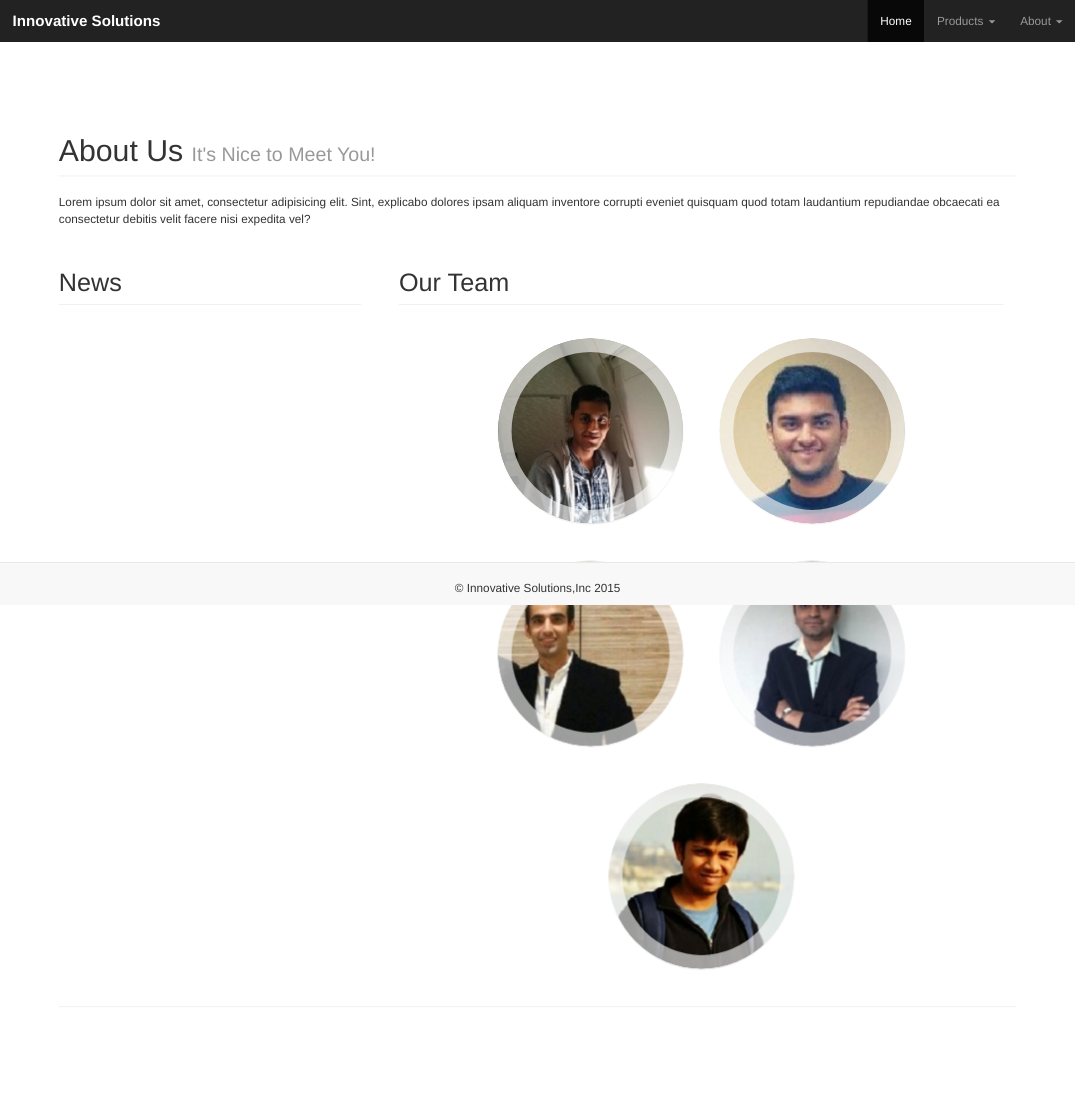
Repository: snketdesai/CMPE-280
Page: team.html
The author's editor kept a record of every edit. The page is drawn from the files as they stood at one moment, then again after the next edit.
The browser window is 1280 px wide. The pictures show the whole page, at 84% of full size.
Some web libraries are served in a nearby version.

Above is the page before.

### team.html
<!DOCTYPE html>
<html>
        <head>
                <title>Home</title>
                <meta name="viewport" content="width=device-width, initial-scale=1.0">
                <link href = "../css/bootstrap.min.css" rel = "stylesheet">
                <link href="../css/dashboard.css" rel="stylesheet">
				 <link href="../css/sticky-footer-navbar.css" rel="stylesheet">
               <link rel="stylesheet" type="text/css" href="../css/overlay.css" />


        </head>
        <body>

                <header class = "navbar navbar-inverse navbar-fixed-top">
                        <div class = "container-fluid">


                                <a href = "#" class = "navbar-brand"><strong>Innovative Solutions</strong></a>

                                <button class = "navbar-toggle" data-toggle = "collapse" data-target = ".navHeaderCollapse">
                                        <span class = "icon-bar"></span>
                                        <span class = "icon-bar"></span>
                                        <span class = "icon-bar"></span>
                                </button>

                                <div class = "collapse navbar-collapse navHeaderCollapse">

                                        <ul class = "nav navbar-nav navbar-right">

                                                <li class = "active"><a href = "#">Home</a></li>
                                                <li class = "dropdown">

                                                        <a href = "#" class = "dropdown-toggle" data-toggle = "dropdown">Products <b class = "caret"></b></a>
                                                        <ul class = "dropdown-menu">
                                                                <li><a href = "mobile.html">Mobile</a></li>
                                                                <li><a href = "bigdata.html">Big Data</a></li>
                                                                <li><a href = "IoT2.html">IOE/IOT</a></li>
                                                        </ul>

                                                </li>

                                                    <li class = "dropdown">

                                                        <a href = "#" class = "dropdown-toggle" data-toggle = "dropdown">About <b class = "caret"></b></a>
                                                        <ul class = "dropdown-menu">
                                                                <li><a href = "team.html">Management</a></li>
                                                                <li><a href = "codeOfConduct.html">Code of Conduct</a></li>
                                                                <li><a href = "businessProcess.html">Business Process</a></li>
                                                                <li><a href = "locations.html">Locations</a></li>
                                                                <li><a href = "contacts.html">Contacts</a></li>
                                                        </ul>
                                                </li>
                                              </li>

                                        </ul>
                                </div>

                        </div>
                </header>
            <!-- Page Content -->
    <div class="container">

        <!-- Introduction Row -->
        <div class="row">
            <div class="col-lg-12">
                <h1 class="page-header">About Us
                    <small>It's Nice to Meet You!</small>
                </h1>
                <p>Lorem ipsum dolor sit amet, consectetur adipisicing elit. Sint, explicabo dolores ipsam aliquam inventore corrupti eveniet quisquam quod totam laudantium repudiandae obcaecati ea consectetur debitis velit facere nisi expedita vel?</p>
            </div>
        </div>
        <!-- Team Members Row -->
        <div class="row">
            <div class="col-lg-4">
                <h2 class="page-header">News</h2>
                <div>
                    <script src="http://nmp.newsgator.com/NGBuzz/buzz.ashx?buzzId=81519&apiToken=C9A08C5818F54101B19714C0283D5F70&trkP=&trkM=B3AA8BF8-9242-6D29-39CA-1127C08F8AE2" type="text/javascript"></script>
                </div>
            </div>
        <div class="col-lg-8">
            <div class="col-lg-12">
                <h2 class="page-header">Our Team</h2>
            </div>
			<div>
				<ul class="ch-grid">
					<li>
						<div class="ch-item ch-img-1">
							<div class="ch-info">
								<h3>Ankit Devani</h3>
								<p><a href="https://www.linkedin.com/in/ankitdevani">
								    <img src="https://static.licdn.com/scds/common/u/img/webpromo/btn_liprofile_blue_80x15.png" width="80" height="15" border="0" alt="View Ankit Devani's profile on LinkedIn">
                                    </a>
                                </p>
							</div>
						</div>
					</li>
					<li>
						<div class="ch-item ch-img-2">
							<div class="ch-info">
								 <h3>Harsh Shah</h3>
								<p><a href="https://www.linkedin.com/in/harshns">
								    <img src="https://static.licdn.com/scds/common/u/img/webpromo/btn_liprofile_blue_80x15.png" width="80" height="15" border="0" alt="View Harsh Shah's profile on LinkedIn">
                                    </a>
                                </p>
							</div>
						</div>
					</li>
					<li>
						<div class="ch-item ch-img-3">
							<div class="ch-info">
								<h3>Hitesh Basantani</h3>
								<p><a href="https://www.linkedin.com/pub/hitesh-basantani/44/a77/278">
                                  <img src="https://static.licdn.com/scds/common/u/img/webpromo/btn_liprofile_blue_80x15.png" width="80" height="15" border="0" alt="View Hitesh Basantani's profile on LinkedIn">
                                </a></p>
							</div>
						</div>
					</li>
					<li>
						<div class="ch-item ch-img-4">
							<div class="ch-info">
								<h3>Rohan Bhanderi</h3>
								<p>
								    <a href="https://www.linkedin.com/in/rohanbhanderi">
								    <img src="https://static.licdn.com/scds/common/u/img/webpromo/btn_liprofile_blue_80x15.png" width="80" height="15" border="0" alt="View Rohan Bhanderi's profile on LinkedIn">
                                    </a>
                                </p>
							</div>
						</div>
					</li>
					<li>
						<div class="ch-item ch-img-5">
							<div class="ch-info">
								 <h3>Sanket Desai</h3>
								<p><a href="https://www.linkedin.com/in/desaisanket">
								    <img src="https://static.licdn.com/scds/common/u/img/webpromo/btn_liprofile_blue_80x15.png" width="80" height="15" border="0" alt="View Sanket Desai's profile on LinkedIn">
                                    </a>
                                </p>
							</div>
						</div>
					</li>
				</ul>
			</div>
        </div>
    </div>
        <hr>
                <div class = "navbar navbar-default navbar-fixed-bottom">

                        <footer class = "container">
                       			</br>
                            <p align="center">&copy; Innovative Solutions,Inc 2015
                            </p>

                        </footer>

                </div>

                <script src = "https://ajax.googleapis.com/ajax/libs/jquery/1.10.2/jquery.min.js"></script>
                <script src = "../js/bootstrap.js"></script>

        </body>
</html>

### css/dashboard.css
/*
 * Base structure
 */

/* Move down content because we have a fixed navbar that is 50px tall */
body {
  padding-top: 50px;
}


/*
 * Global add-ons
 */

.sub-header {
  padding-bottom: 10px;
  border-bottom: 1px solid #eee;
}

/*
 * Top navigation
 * Hide default border to remove 1px line.
 */
.navbar-fixed-top {
  border: 0;
}

/*
 * Sidebar
 */

/* Hide for mobile, show later */
.sidebar {
  display: none;
}
@media (min-width: 768px) {
  .sidebar {
    position: fixed;
    top: 20px;
    bottom: 0;
    left: 0;
    z-index: 1000;
    display: block;
    padding: 20px;
    overflow-x: hidden;
    overflow-y: auto; /* Scrollable contents if viewport is shorter than content. */
    background-color: #f5f5f5;
    border-right: 1px solid #eee;
  }
.sidebar1 {

    right: 0px;
    width: 220px;
    position: fixed;
    top: 20px;
    bottom: 0;
    z-index: 1000;
    display: block;
    padding: 20px;
    overflow-x: hidden;
    overflow-y: auto; /* Scrollable contents if viewport is shorter than content. */
    background-color: #f5f5f5;
    border-right: 1px solid #eee;
  }
}

/* Sidebar navigation */
.nav-sidebar {
  margin-right: -21px; /* 20px padding + 1px border */
  margin-bottom: 20px;
  margin-left: -20px;
}
.nav-sidebar > li > a {
  padding-right: 20px;
  padding-left: 20px;
}
.nav-sidebar > .active > a,
.nav-sidebar > .active > a:hover,
.nav-sidebar > .active > a:focus,
.nav-sidebar > .active > h4 {
  color: #fff;
  background-color: #428bca;
  height: 30px;
}


/*
 * Main content
 */

.main {
  padding: 20px;
}
@media (min-width: 768px) {
  .main {
    padding-right: 40px;
    padding-left: 40px;
  }
}
.main .page-header {
  margin-top: 0;
}


/*
 * Placeholder dashboard ideas
 */

.placeholders {
  margin-bottom: 30px;
  text-align: center;
}
.placeholders h4 {
  margin-bottom: 0;
}
.placeholder {
  margin-bottom: 20px;
}
.placeholder img {
  display: inline-block;
  border-radius: 50%;
}
.img-center {
	margin: 0 auto;
}
body {
    padding-bottom: 40px;
    padding-top: 60px;
}

.sidebar-nav-fixed {
	width:20%;
}
.review-name{
	left: 60px;
	position: relative;
	font-size: small;
}

.caption {
    position:absolute;
    top:0;
    right:0;
    background:rgba(66, 139, 202, 0.75);
    width:100%;
    height:100%;

    display: none;
    text-align:center;
    color:#fff !important;
    z-index:2;
}

### css/sticky-footer-navbar.css
/* Sticky footer styles
-------------------------------------------------- */
html {
  position: relative;
  min-height: 100%;
}
body {
  /* Margin bottom by footer height */
  margin-bottom: 60px;
}
#footer {
  position: absolute;
  bottom: 0;
  width: 100%;
  /* Set the fixed height of the footer here */
  height: 60px;
  background-color: #f5f5f5;
}


/* Custom page CSS
-------------------------------------------------- */
/* Not required for template or sticky footer method. */

body > .container {
  padding: 60px 15px 0;
}
.container .text-muted {
  margin: 20px 0;
}

#footer > .container {
  padding-right: 15px;
  padding-left: 15px;
}

code {
  font-size: 80%;
}

### css/overlay.css
.ch-grid {
	margin: 20px 0 0 0;
	padding: 0;
	list-style: none;
	display: block;
	text-align: center;
	width: 100%;
}

.ch-grid:after,
.ch-item:before {
	content: '';
    display: table;
}

.ch-grid:after {
	clear: both;
}

.ch-grid li {
	width: 220px;
	height: 220px;
	display: inline-block;
	margin: 20px;
}

.ch-item {
	width: 100%;
	height: 100%;
	border-radius: 50%;
	position: relative;
	cursor: default;
	box-shadow:
		inset 0 0 0 0 rgba(200,95,66, 0.4),
		inset 0 0 0 16px rgba(255,255,255,0.6),
		0 1px 2px rgba(0,0,0,0.1);

	-webkit-transition: all 0.4s ease-in-out;
	-moz-transition: all 0.4s ease-in-out;
	-o-transition: all 0.4s ease-in-out;
	-ms-transition: all 0.4s ease-in-out;
	transition: all 0.4s ease-in-out;
}

.ch-img-1 {
	background-image: url(../img/ankit.jpg);
}

.ch-img-2 {
	background-image: url(../img/harsh.jpg);
}

.ch-img-3 {
	background-image: url(../img/hitesh.jpg);
}

.ch-img-4 {
	background-image: url(../img/rohan.jpg);
}

.ch-img-5 {
	background-image: url(../img/sanket.jpg);
}

.ch-info {
	position: absolute;
	width: 100%;
	height: 100%;
	border-radius: 50%;
	opacity: 0;

	-webkit-transition: all 0.4s ease-in-out;
	-moz-transition: all 0.4s ease-in-out;
	-o-transition: all 0.4s ease-in-out;
	-ms-transition: all 0.4s ease-in-out;
	transition: all 0.4s ease-in-out;

	-webkit-transform: scale(0);
	-moz-transform: scale(0);
	-o-transform: scale(0);
	-ms-transform: scale(0);
	transform: scale(0);

	-webkit-backface-visibility: hidden; /*for a smooth font */

}

.ch-info h3 {
	color: #fff;
	text-transform: uppercase;
	position: relative;
	letter-spacing: 2px;
	font-size: 22px;
	margin: 0 30px;
	padding: 65px 0 0 0;
	height: 110px;
	font-family: 'Open Sans', Arial, sans-serif;
	text-shadow:
		0 0 1px #fff,
		0 1px 2px rgba(0,0,0,0.3);
}

.ch-info p {
	color: #fff;
	padding: 10px 5px;
	font-style: italic;
	margin: 0 30px;
	font-size: 12px;
	border-top: 1px solid rgba(255,255,255,0.5);
}

.ch-info p a {
	display: block;
	color: #fff;
	color: rgba(255,255,255,0.7);
	font-style: normal;
	font-weight: 700;
	text-transform: uppercase;
	font-size: 9px;
	letter-spacing: 1px;
	padding-top: 4px;
	font-family: 'Open Sans', Arial, sans-serif;
}

.ch-info p a:hover {
	color: #fff222;
	color: rgba(255,242,34, 0.8);
}

.ch-item:hover {
	box-shadow:
		inset 0 0 0 110px rgba(200,95,66, 0.4),
		inset 0 0 0 16px rgba(255,255,255,0.8),
		0 1px 2px rgba(0,0,0,0.1);
}

.ch-item:hover .ch-info {
	opacity: 1;

	-webkit-transform: scale(1);
	-moz-transform: scale(1);
	-o-transform: scale(1);
	-ms-transform: scale(1);
	transform: scale(1);
}

Loaded but not shown: css/bootstrap.min.css (library); js/bootstrap.js (library)

After the next edit:
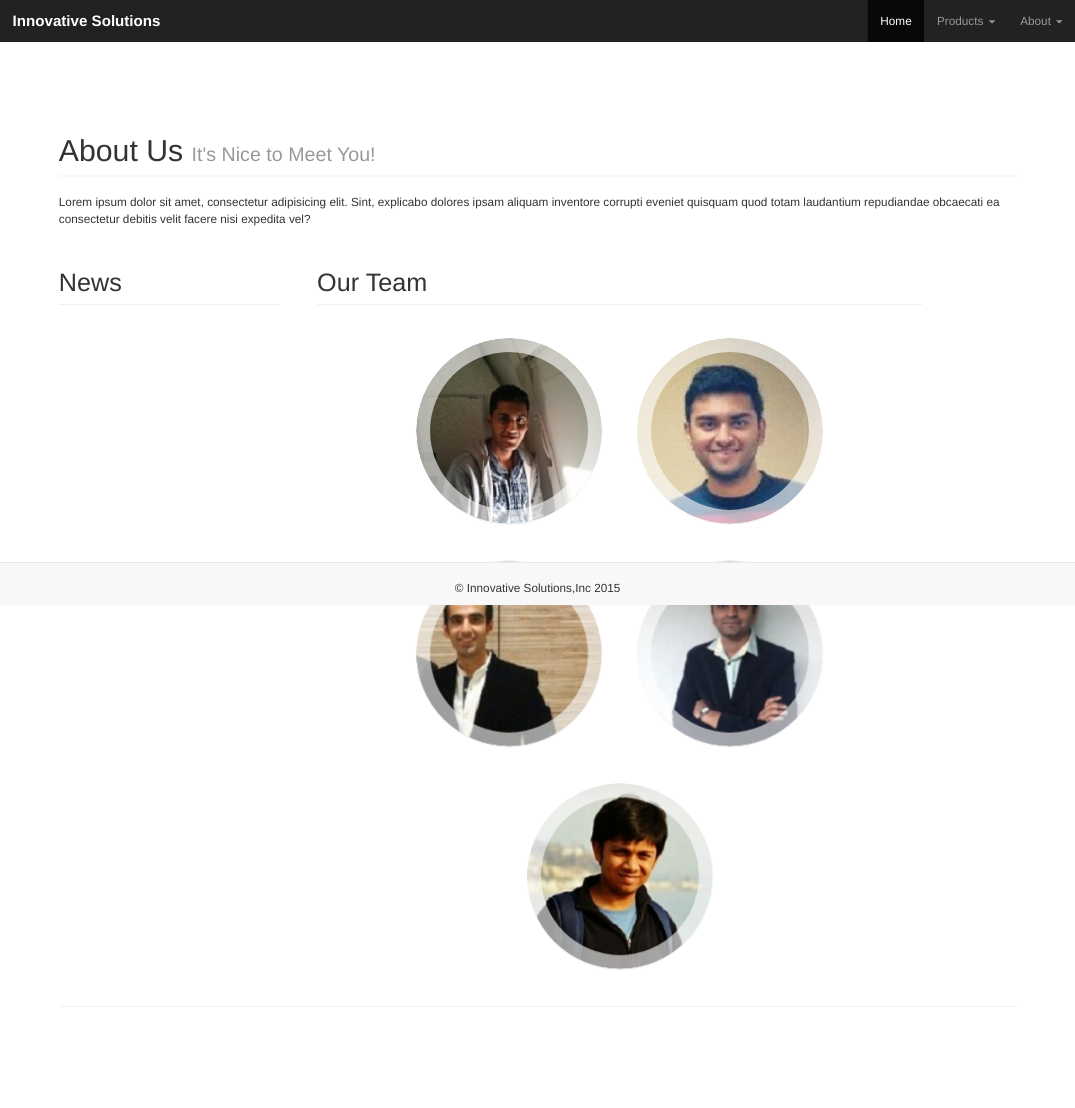
The edit:
--- a/team.html
+++ b/team.html
@@ -72,7 +72,7 @@
         </div>
         <!-- Team Members Row -->
         <div class="row">
-            <div class="col-lg-4">
+            <div class="col-lg-3">
                 <h2 class="page-header">News</h2>
                 <div>
                     <script src="http://nmp.newsgator.com/NGBuzz/buzz.ashx?buzzId=81519&apiToken=C9A08C5818F54101B19714C0283D5F70&trkP=&trkM=B3AA8BF8-9242-6D29-39CA-1127C08F8AE2" type="text/javascript"></script>
